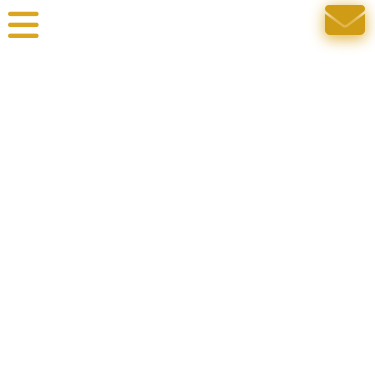
Repository: Newtins1/Newtins-ritys
Page: index.html
The author's editor kept a copy of each file at every save. The page is drawn from the files as they stood at one save, then again after a run of saves.
The browser window is 375 px wide. The pictures show the whole page.

Above is the page before, as saved 2025-08-22 21:12:20.

### index.html
<!DOCTYPE html>
<html>
    <head>
        <title></title>
        <meta charset="UTF-8">
        <meta name="viewport" content="width=device-width, initial-scale=1.0">
        <link rel="stylesheet" href="fishing.css">
        <link rel="stylesheet" href="css/all.min.css">
    </head>

    <body class="main-body">
            <!--HOME========NAVIGATOR=========MENUS==================================-->
            <div class="navigators">
                <i class="fa-solid fa-house-user" id="house" onclick="dashboard()"></i>
                <i class="fa-solid fa-bars" id="first-bar"></i>
                <i class="fa-solid fa-envelope" id="Envelop"></i>
            </div>

             <!--SUPPORT===========NAVIGATION========================MENUS=============-->
            <div class="support" style="font-family: sans-serif;">

                <div class="content-board">
                    <i class="fa-solid fa-arrow-left" id="return" onclick="returndashboard()"></i>


                        <div class="content">
                            <div class="content-conten">
                                <h2>Contact US</h2>
                                <h4>Any questions or remarks? Just write us a message!</h4><br>

                                <div class="first-area">
                                    Email<br>
                            <input type="email" class="email-input" placeholder="Enter a valid email address">
                                </div>

                                <div class="second-area">
                                    Name<br>

                                    <input class="name-input" type="text" placeholder="Enter your name">
                                </div>
                                <button class="submit-button" type="submit">Submit</button>
                            </div>

                                <div class="box-pad">

                                    <i class="fa-brands fa-instagram" id="social"></i>
                                    <i class="fa-brands fa-twitter" id="twatter"></i>
                                    <i class="fa-brands fa-facebook" id="fabook"></i>
                                    <i class="fa-brands fa-whatsapp" id="watapp"></i>
                                    <i class="fa-brands fa-youtube" id="yatube"></i>


                                    <div class="box-pad-2">
                                        <i class="fa-solid fa-user" id="standard"><p id="writing">ABOUT CLUB<br>Running guide workouts</p></i>
                                    <i class="fa-solid fa-location-dot" id="organize">
                                        <p id="writing">OUR OFFICE LOCATION
                                    The interior design studio company</p></i>
                                    <i class="fa-solid fa-phone-flip" id="stable"><p id="writing">PHONE(LANDLINE)<br>09020378076</p></i>
                                    </div>
                            </div>
                            </div>

        <!--=============Social================================media=====================reach=====Area=====-->

                    </div>
                </div>


            <!--BODY===================SECTION====================================-->



                <div class="booster">
                    <i class="fa-solid fa-xmark" id="second-bar"></i>
                    <nav>
                        <a href="">About</a>
                        <a href="">Apply</a>
                        <a class="link-to-support" onclick="linktosupport()">Support</a>
                        <a onclick="logindashboard()">Login</a>
                    </nav>
                </div>
            <div class="open">
                <i class="fa-solid fa-arrow-left" id="left-arrow" onclick="leftarrow()"></i>
                <div class="details">
                    <img class="site" src="images/site.png">
                    <div class="horizontal"></div>
                    <input id="vision-1" class="vision" type="email" placeholder="Email">
                    <input id="vision-2" class="vision" type="number" placeholder="Phone number">
                    <input id="vision-3" class="vision" type="textarea" placeholder="Address 1">
                    <input id="vision-4" class="vision" type="textarea" placeholder="Address 2">
                    <input id="vision-5" class="vision" type="number" placeholder="Ssn">
                    <input id="vision-6" class="vision" type="password" placeholder="password">
                    <input id="vision-7" class="vision" type="password" placeholder="Confirm password">
                    <button id="click" type="submit">Submit</button>

                </div>
            </div>

<!--===============LOGIN========================SECTION====================-->

            <div class="login">
                 <i class="fa-solid fa-arrow-left" id="revise" onclick="revise()"></i>
                <div class="login-block">
                    <div class="login-2">
                        <div class="login-block-3">
                            <div class="boxes">
                                <input class="columns" type="text" placeholder="&nbsp; &nbsp; &nbsp; Username/Email" required><br>
                                <input class="columns" type="password" placeholder="&nbsp; &nbsp; &nbsp;password" required><br>
                                <button class="columns-button" type="submit"> SIGN IN</button><br><br>
                                <p class="text-writing">Forgot the password? &nbsp; <a class="other-link" onclick="">Click here</a></p>
                            </div>
                        </div>

                    </div>
                    <div class="line-breaker"></div>
                </div>
            </div>

        <script src="fishing.js"></script>
    </body>
</html>

### fishing.css



.main-body {
    background: linear-gradient(rgba(2, 2, 7, 0.7)), url("images/site.jpg");
    margin: 0;
    padding: 0;
    box-sizing: border-box;
    display: flex;
    height: 800px;
    background-attachment: fixed;
    background-size: cover;
    background-position: center;
}

.main-body.hide {
    display: none;
}

.vision {
    width: 300px;
    height: 37px;
    margin-bottom: 20px;
    border-radius: 7px;
}

#vision-1 {
    margin-top: 260px;
}

#click {
    width: 120px;
    height: 37px;
    border-radius: 5px;
    background-color: rgb(20, 2, 20);
    box-shadow: 0px 3px 12px goldenrod;
    text-shadow: 1px 3px 6px rgb(57, 88, 10);
    color: #fff;
    font-weight: 650;
}

#click:hover {
    background-color: goldenrod;
    color: #000;
    font-weight: 700;
    transition: 0.3s;
    box-shadow: 0px 3px 12px goldenrod;
}

.horizontal {
    width: 700px;
    height: 2px;
    position: absolute;
    top: 250px;
    background-color: rgb(167, 133, 47);
    box-shadow: 0px 2px 12px goldenrod;
}

.site {
    margin-top: 15px;
    width: 460px;
    height: 180px;
    position: absolute;
    top: 20px;
    border-radius: 15px;
    opacity: 0.65;
    box-shadow: 0px 3px 10px goldenrod;
}


.site:hover {
    opacity: 1;
    box-shadow: 0px 3px 12px rgb(209, 156, 21);
}

#first-bar {
    color: goldenrod;
    font-size: 35px;
    position: absolute;
    left: 8px;
    top: 8px;
}

#first-bar:hover {
    box-shadow: 1px 3px 20px goldenrod;
    position: absolute;
    padding: 1px;
    transition: 0.3s;
}


nav a {
    display: flex;
    flex-direction: column;
    color: goldenrod;
    font-family: sans-serif;
    font-weight: 650;
    outline-style: none;
    text-decoration: none;
    margin-top: 40px;
    margin-left: 40px;
}

a:hover {
    text-shadow: 1px 2px 12px goldenrod;
    transition: 0.2s;
}

#second-bar {
    font-size: 40px;
    color: goldenrod;
    position: absolute;
    left: 25vh;
    top: 1vh;
}

#second-bar:hover {
    box-shadow: 0px 3px 12px goldenrod;
    transition: 0.2s;
}
/*==========Home============icon=================blink*/

#house {
    animation: blink 0.4s infinite;
}
@keyframes blink {
    0%, 100% {
        opacity: 1;
    }
    50% {color: #080707;}
}


#house {
    color: goldenrod;
    font-size: 250px;
    position: fixed;
    left: 510px;
    top: 240px;
    text-shadow: 0px 5px 20px rgb(226, 170, 27);
}
#house:hover {
    box-shadow: 0px 3px 15px 5px rgb(209, 156, 21);
    background-color: rgb(209, 156, 21, 0.2);
    text-shadow: 0px 3px 12px rgb(209, 156, 21);
    border-radius: 20px;
    transition: 0.2s ease-out;
    animation: none;
    opacity: 1;
}

#Envelop {
    color: rgb(209, 156,21);
    font-size: 40px;
    position: absolute;
    right: 10px;
    text-shadow: 0px 3px 15px goldenrod;
    animation: blink 1s infinite;
}

#Envelop:hover {
    animation: none;
    opacity: 1;
    color: #000;
    text-shadow: 0px 3px 15px gold;
}



#left-arrow {
    animation: blink 1s infinite;
}
@keyframes blink {
    0%, 100% {opacity: 1; }
    50% {color: transparent; }
}

#left-arrow:hover {
    animation: none;
    opacity: 1;
}


#left-arrow:hover {
    background-color: rgb(209, 156, 21);
    transition: 0.2s;
    color: #000;
    border: 0.5px solid rgb(219, 159, 6);
    box-shadow: 0px 3px 15px rgb(209, 156, 21);
}

.navigators.show {
    display: block;
}



/*===========box===2==============section===*/
#standard, #stable, #organize {
  color: aqua;
  text-shadow: 0px 5px 15px goldenrod ;
}

#standard, #stable:hover, #organize:hover {
    color: gold;
    text-shadow: 0px 5px 15px #000;
    transition: 0.2s;
}

#standard {
    position: absolute;
    font-size: 100px;
    top: -8vh;
    left: 530px;
    color: red;
}
#standard:hover {
    color: #000;
    text-shadow: 0px 5px 15px gold;
    transition: 0.2s;
}

#stable {
    position: absolute;
    font-size: 100px;
    top: -9vh;
    color: aqua;
    right: 80px;
}
#organize {
    position: absolute;
    font-size: 110px;
    top: -10.5vh;
    color: aqua;
    left: 80px;
}

/*=====Socials===================Section========*/
#twatter {
    color: blue;
    font-size: 40px;
    position: absolute;
    bottom: 50px;
    left: 380px;
    text-shadow: 0px 3px 12px rgb(64, 126, 241);
}
#twatter:hover {
text-shadow: 0px 3px 15px rgb(38, 5, 156);
}

#social {
    color: rgb(218, 19, 52);
    font-size: 40px;
     position: absolute;
    bottom: 50px;
    right: 600px;
    text-shadow: 0px 3px 12px rgb(226, 13, 66);
}

#social:hover {
text-shadow: 0px 3px 15px rgb(143, 12, 40);
}

#fabook {
 color: rgb(31, 31, 139);
 font-size: 40px;
  position: absolute;
    bottom: 50px;
    left: 100px;
    text-shadow: 0px 3px 12px rgb(11, 14, 160);
}

#fabook:hover {
text-shadow: 0px 3px 15px rgb(5, 6, 80);
}

#watapp {
 color: rgb(1, 51, 10);
 font-size: 40px;
  position: absolute;
    bottom: 50px;
    right: 340px;
    text-shadow: 0px 3px 12px rgb(4, 105, 4);
}
#watapp:hover {
text-shadow: 0px 3px 15px rgb(5, 68, 5);
}

#yatube {
color: rgb(248, 1, 22);
 font-size: 40px;
  position: absolute;
    bottom: 50px;
    right: 50px;
    text-shadow: 0px 3px 12px rgb(212, 16, 16);
}

#yatube:hover {
    text-shadow: 0px 3px 15px rgb(129, 3, 14);
}

/*====Input=====Section================*/
.first-area {
    position: absolute;
    right: 2vh;
    color: #bb0606;
    font-weight: 700;

}

.first-area .email-input {
    width: 300px;
    height: 50px;
    border-radius: 20px;
    border: 3px solid red;

}

.second-area {
        color: #bb0606;
        font-weight: 700;

}

.second-area .name-input {
    position: absolute;
    width: 300px;
    height: 50px;
        border: 3px solid red;
    border-radius: 20px;

}

.submit-button {
    width: 46rem;
    height: 60px;
    position: absolute;
    background-color: #fc0101;
    border-radius: 30px;
    top: 60vh;
    left: 0.5vh;
    color: #fff;
    font-size: 30px;
    box-shadow: 1px 2px 30px 12px rgb(3, 7, 3);
}
.submit-button:hover {
    background-color: rgb(209, 156, 21);
    box-shadow: 1px 3px 30px 12px #000;
}

.content input {
    color: #bb0606;
}

/*Writing=====================Zone==============*/
#writing {
    position: absolute;
    font-size: 15px;
    left: 0;
    color: #000;
    font-family: sans-serif;
}
#return {
    color: #050404;
     position: absolute;
     font-size: 40px;
     padding: 6px;
     left: -2vh;
     top: 1vh;
     background-color: #fc0101;
     border-radius: 15px;
     text-shadow: 0px 3px 5px goldenrod;
     box-shadow: 0px 3px 15px 5px gold;
}

#return:hover {
    color: #fc0303;
    box-shadow: 0px 3px 15px 5px gold;
    background-color: #000;
    transition: 0.2s;
}

/*=========SUPPORT===============CONTENT===================AREA===========*/

.support {
    width: 100%;
    height: 1000px;
    position: absolute;
    background: linear-gradient(#000, rgb(209, 156, 21, 0.5), rgb(8, 8, 8, 0.5));
    background-size: cover;
    background-attachment: fixed;
    overflow: hidden;
    max-height: 0;
    opacity: 0;
    display: flex;
    flex-direction: column;
    justify-content: space-between;
    transition: max-height 2s ease, opacity 2s ease;
}
.content-board {
    opacity: 0;
    transform: translateX(20px);
    transition: opacity 1s ease, transform 1s ease;
}

.support.active {
    max-height: 1000px;
    opacity: 1;
}
.support.active .content-board {
    opacity: 1;
}

.box-pad {
    position: absolute;
    height: 300px;
    width: 100%;
    background: linear-gradient(rgb(19, 7, 10), #000);
    box-shadow: 0px 3px 15px rgb(10, 10, 10);
    border: 0.2px solid goldenrod;
    border-left: none;
    border-right: none;
    border-radius: 2px;
    bottom: -155vh;
    left: -3.5vh;
}

.box-pad-2 {
    width: 90%;
    height: 200px;
    background-color: gray;
    position: absolute;
    box-shadow: 0px 3px 15px rgb(209, 156, 21);
    border-radius: 20px;
    left: 9.5vh;
    bottom: 30vh;
}
.content .content-conten {
    position: absolute;
    left: 40vh;
    top: 8vh;
    color: #fc0303;
    font-size: 30px;
    text-shadow: 0px 1px 20px #fc0303;
}

.booster {
    width: 200px;
    height: 1000px;
    position: absolute;
    background-color: rgb(3, 3, 12);
    box-shadow: 0px 3px 12px goldenrod;
    transition: max-width 1s ease, opacity 1s ease;
    max-width: 0;
    overflow: hidden;
    opacity: 0;

}

.booster.show {
    max-width: 200px;
    opacity: 1;
}


.open {
    height: 900px;
    width: 1000px;
    position: absolute;
    overflow: hidden;
    max-height: 0;
    transition: max-height 1s ease, opacity 3s ease;
    opacity: 0;

}
.open.active {
    opacity: 1;
    max-height: 1000px;
}
.details {
    background: linear-gradient(rgba(2, 2, 10, 0.5));
    width: 700px;
    height: 780px;
    display: flex;
    position: absolute;
    flex-direction: column;
    left: 300px;
    top: 100px;
    align-items: center;
    border-radius: 20px;
    box-shadow: 0px 3px 8px goldenrod;
}

#left-arrow {
    color: rgb(209, 156, 21);
    position: absolute;
    left: 5px;
    padding: 6px;
    border-radius: 15px;
    top: 5px;
    background-color: #000;
    border: 0.1px solid rgb(219, 159, 6);
    font-size: 40px;
    box-shadow: 0px 3px 15px rgb(209, 156,21);
}

.login {
    width: 100%;
    height: 1000px;
    background-color: rgb(8, 1, 8);
    position: absolute;
    left: 0;
    right: 0;
    font-family: Arial, Helvetica, sans-serif;
    color: goldenrod;
    font-weight: 700;
    opacity:0;
    overflow: hidden;
    max-width: 0;
    transition: max-width 1s ease, opacity 2s ease;
}

.login.active {
    max-width: 100%;
    opacity: 1;
}

.login-2 {
    width: 50%;
    height: 500px;
    position: absolute;
    background-color: rgb(214, 161, 26, 0.8);
    right: 50vh;
    top: 13vh;
    border-radius: 90px;
    box-shadow: 0px 3px 18px 5px rgb(209, 156, 21);
    text-shadow: 0px 3px 12px rgb(8, 8, 8);
    color: #000;
}

.login-block-3 {
    width: 70%;
    height: 300px;
    position: absolute;
    background-color: rgb(24, 19, 6, 0.9);
    text-align: center;
    left: 14.5vh;
    top: 14vh;
    box-shadow: 0px 3px 20px 2px rgb(14, 13, 11);
    border-radius: 60px;
}

#revise {
     position: absolute;
    left: 7px;
    padding: 3px;
    border-radius: 15px;
    top: 7px;
    background-color: #000;
    border: 0.1px solid rgb(219, 159, 6);
    font-size: 40px;
    box-shadow: 0px 3px 15px rgb(209, 156,21);
    animation: blink 1s infinite;
}
@keyframes blink {
    0%, 100% {opacity: 1; }
    50% {color: transparent;}
}

#revise:hover {
     background-color: rgb(209, 156, 21);
    transition: 0.2s;
    color: #000;
    border: 0.5px solid rgb(219, 159, 6);
    box-shadow: 0px 3px 15px rgb(209, 156, 21);
    animation: none;
    opacity: 1;
}

.login-block {
    width: 50%;
    height: 1000px;
    background-color: rgb(8, 8, 8);
}

.line-breaker {
    width: 1px;
    height: 1000px;
    background-color: rgb(71, 51, 1);
    margin-left: 100vh;
}

/*.main-body-2 {
    display: none;
}*/

.columns {
    width: 250px;
    height: 30px;
   border-radius: 10px;
   margin-top: 10px;
   border: none;
}
.columns-button {
    width: 258.5px;
    height: 30px;
    border-radius: 10px;
    margin-top: 10px;
    border: none;
    font-weight: 700;
    font-family: 'Lucida Sans', 'Lucida Sans Regular', 'Lucida Grande', Verdana, sans-serif;
    background-color: rgb(247, 184, 25);
    box-shadow: 0px 3px 20px 6px #000;
}
.text-writing {
    color: #c4a8a8;
}
.other-link {
    color: #fff;
    text-decoration: none;
}

.boxes {
    position: absolute;
    top: 10vh;
    left: 15vh;
}
@media (max-width: 480px) {
    .main-body {
        flex-direction: column;
        height: auto;
        background-size: cover;
        background-attachment: scroll;
    }
    .site {
        width: 90%;
        height: auto;
        margin: 10px auto;
        top: 10px;
        position: relative;
    }
    #house {
        font-size: 80px;
    }
}

### fishing.js

let booster = document.querySelector('.booster');
let firstbar = document.querySelector('#first-bar');
let secondbar = document.querySelector('#second-bar');

firstbar.addEventListener('click', function() {
  booster.classList.add('show');
});

secondbar.addEventListener('click', function() {
    booster.classList.remove('show');
});

//Open =====Section===========================Dashboard//

function dashboard(){
const open = document.querySelector('.open');
const navies = document.querySelector('.navigators');

open.classList.add('active');
navies.style.display = "none";
document.querySelector('.booster').classList.remove('show');
};

function leftarrow() {

  document.querySelector('.open').classList.remove('active');
  document.querySelector('.navigators').style.display = "block";
}
//===================================================================//

//========list====================section======================//

function linktosupport() {
  const support = document.querySelector('.support');

  support.classList.add('active');
};

function returndashboard() {
  const support = document.querySelector('.support');

  support.classList.remove('active');
}
//===============================================================//

//=========LOGIN================INTERFACE========//
function logindashboard() {
  const login = document.querySelector('.login');

 login.classList.add('active');
}

function revise() {
 document.querySelector('.login').classList.remove('active');
}

Loaded but not shown: css/all.min.css (library)

After the next 3 saves:
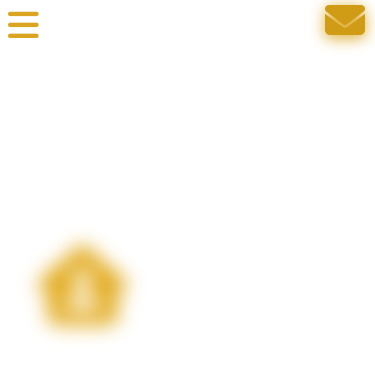
The 3 saves are shown as one change because they came seconds apart.
The last was saved 12 s later.
--- a/fishing.css
+++ b/fishing.css
@@ -641,5 +641,7 @@
     }
     #house {
         font-size: 80px;
+        left: 10%;
+
     }
 }

After the save that followed:
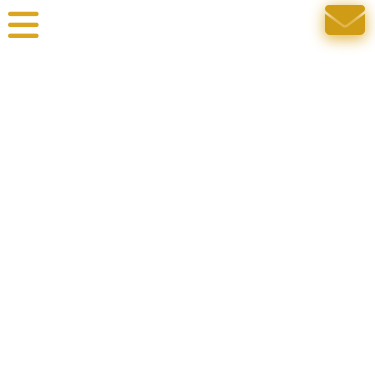
Saved 16 s later.
--- a/fishing.css
+++ b/fishing.css
@@ -641,7 +641,7 @@
     }
     #house {
         font-size: 80px;
-        left: 10%;
+
 
     }
 }
